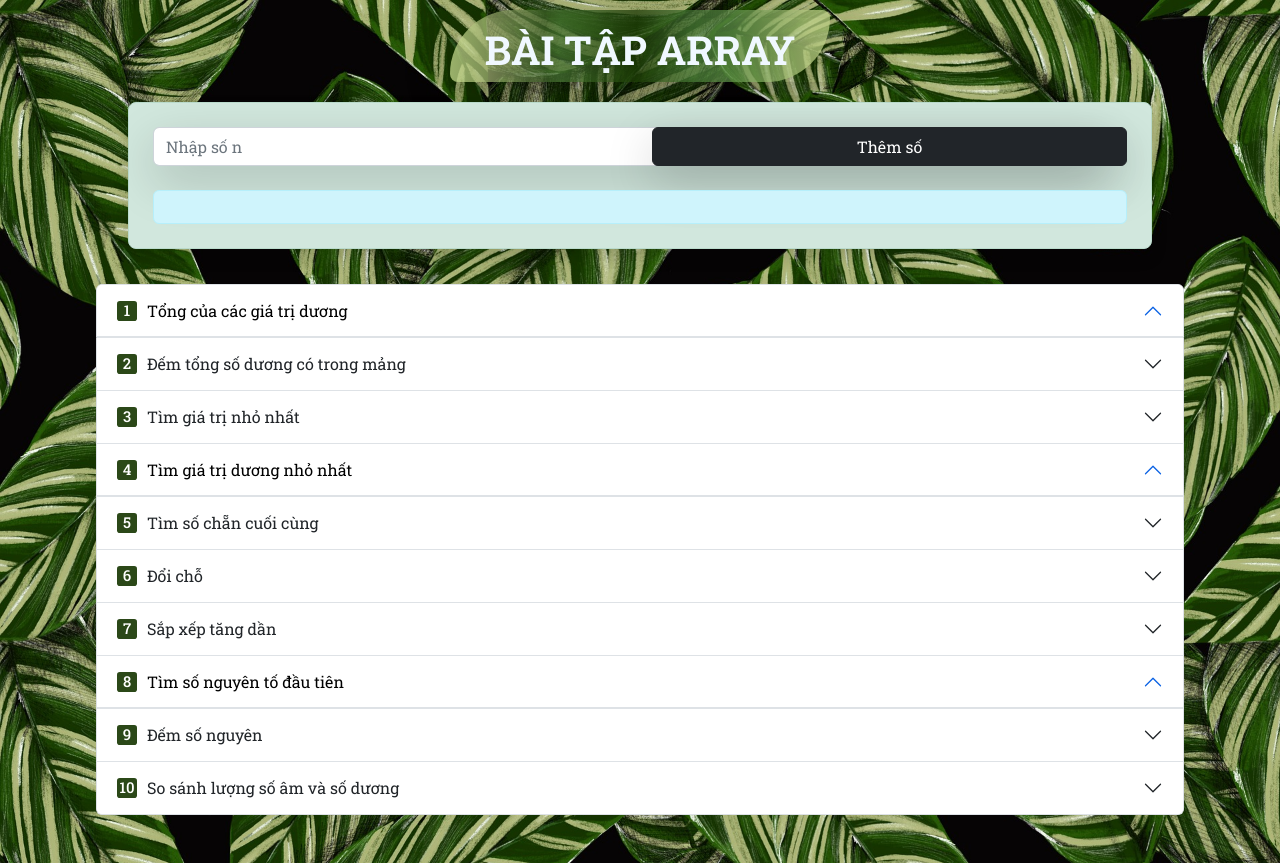
Repository: hcozyph/TranHuuPhuoc_BC43_BT_JS_Buoi7_8_ARRAY
Page: index.html
These files come from the project's save history. The page is drawn as it stood at one moment and after the next save; the edit follows.
The browser window is 1280 px wide. The pictures show the whole page.
Backgrounds fixed to the window are drawn as part of the page.

Above is the page before, as saved 2023-02-26 13:43:08.

After the next save:
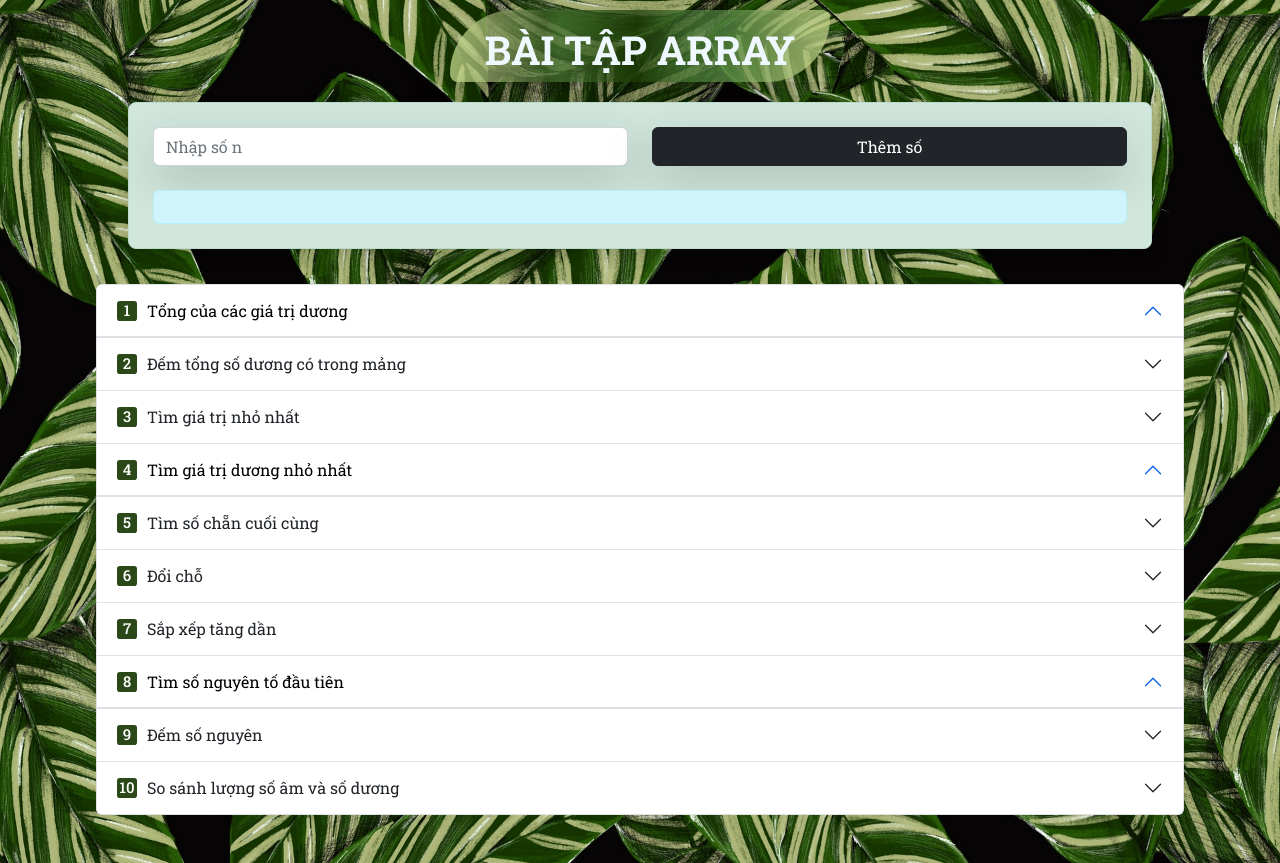
Saved 20 s later.
--- a/css/index.css
+++ b/css/index.css
@@ -114,7 +114,7 @@
         width: 250px;
     }
 
-    #user-input {
+    /* #user-input {
         width: 200%;
         /* margin-right: 10px; */
     }
@@ -122,5 +122,5 @@
     #user-btn {
         width: 50%;
         /* margin-left: 10px; */
-    }
+    } */
 }
